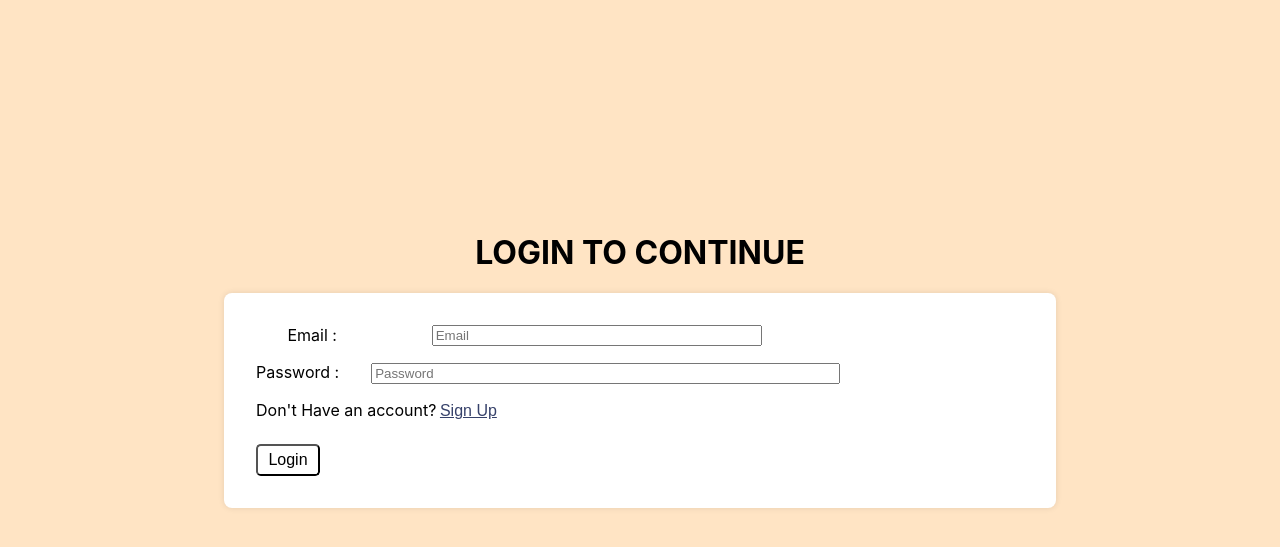
Repository: drumsmanku/test-1
Page: / (app in client/)
These files come from the project's save history. The page is drawn as it stood at one moment and after the next save; the edit follows.
The browser window is 1280 px wide. The pictures show the whole page.
The project was rebuilt for these pictures with package versions that can differ from the ones it lists, and the page was loaded fresh each time. Also part of the build but not shown: client/src/App.css, client/src/Components/Register/Register.module.css, client/src/Components/Register/Register.js.

Above is the page before, as saved 2023-08-31 11:08:14.

After the next save:
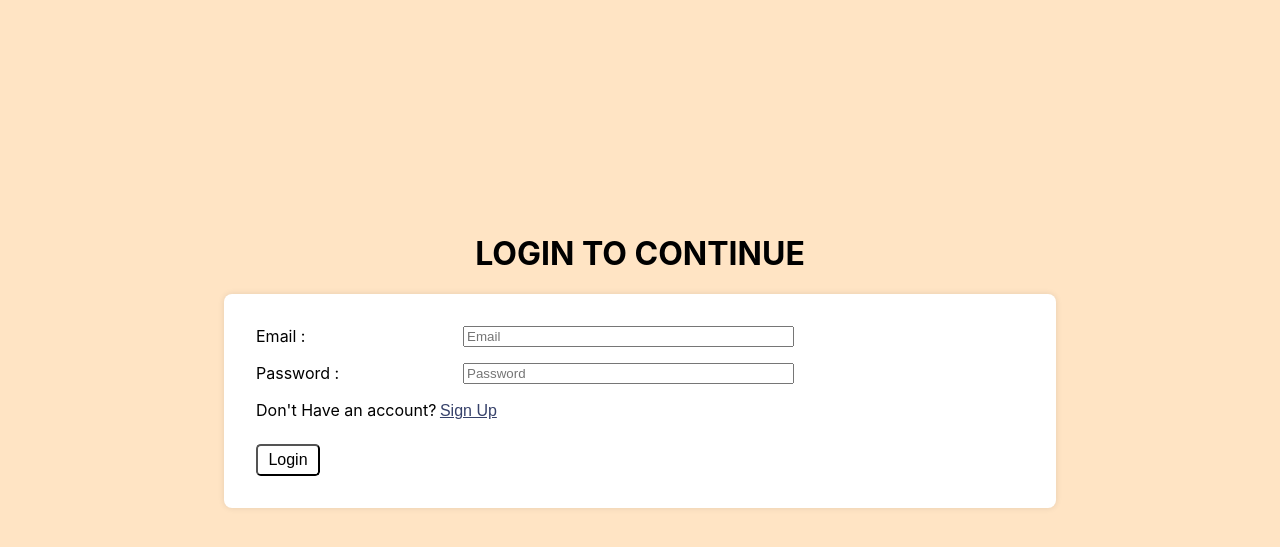
Saved 23 s later.
--- a/client/src/Components/Login/Login.js
+++ b/client/src/Components/Login/Login.js
@@ -43,11 +43,11 @@ function Login() {
       <h1>LOGIN TO CONTINUE</h1>
       <div className={styles.loginContainer}>
         <form style={{ width:'100%', display:'flex', flexDirection:'column'}}>
-            <div style={{marginBottom:'1rem', width:'70%', display:'flex', justifyContent:'space-around'}}>
+            <div style={{marginBottom:'1rem', width:'70%', display:'flex', justifyContent:'space-between'}}>
               <label htmlFor="email">Email :</label>
               <input type="email" name='email' value={user.email} onChange={handleChange}  placeholder='Email' style={{width:'60%',marginLeft:'2rem' }} />
             </div>
-            <div style={{marginBottom:'1rem'}}>
+            <div style={{marginBottom:'1rem', width:'70%', display:'flex', justifyContent:'space-between'}}>
               <label htmlFor="password">Password :</label>
               <input type="password" name='password' value={user.password} onChange={handleChange}  placeholder='Password' style={{width:'60%',marginLeft:'2rem' }} />
             </div>
